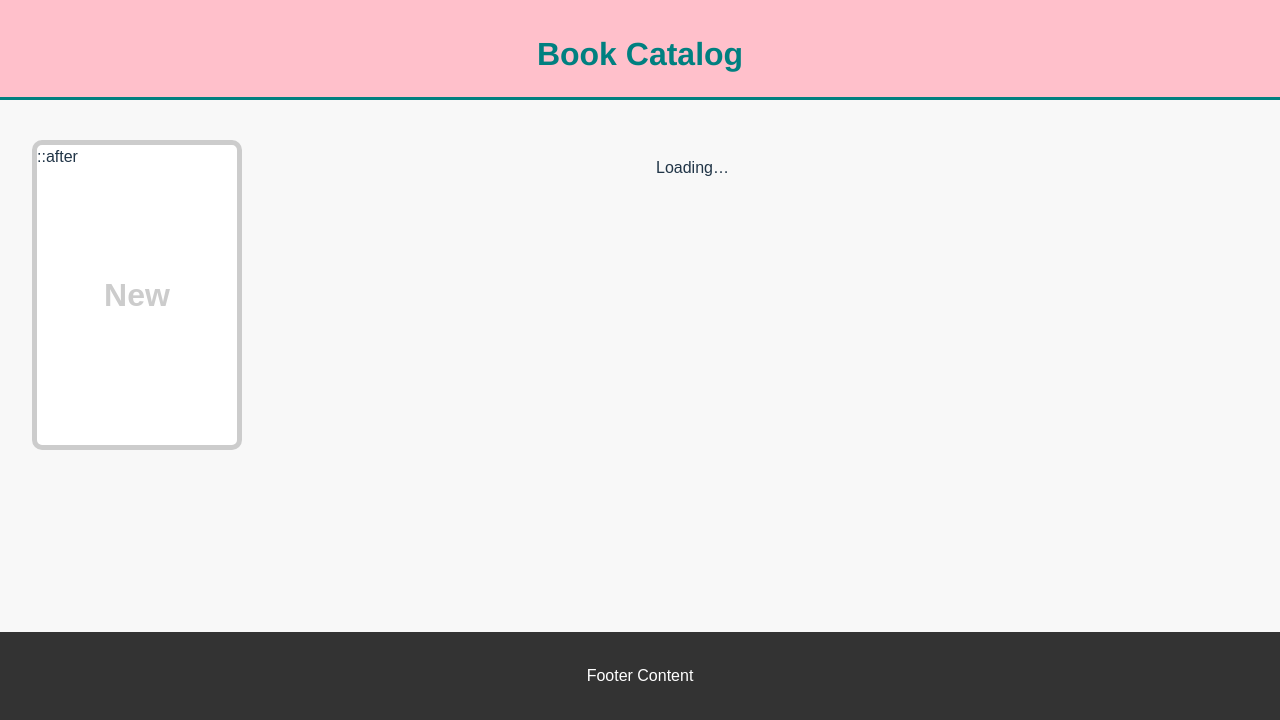
Repository: primcharlin/COMP3170_Lab_Assignment_Components
Page: /
The author's editor kept a copy of each file at every save. The page is drawn from the files as they stood at one save, then again after the next save.
The browser window is 1280 px wide. The pictures show the whole page.
The page's requests for data from a server got no answer. The project was rebuilt for these pictures with package versions that can differ from the ones it lists, and the page was loaded fresh each time. No one was signed in, and anything a server would have sent is missing. Also part of the build but not shown: vite.config.js.

Above is the page before, as saved 2025-09-12 03:30:59.

After the next save:
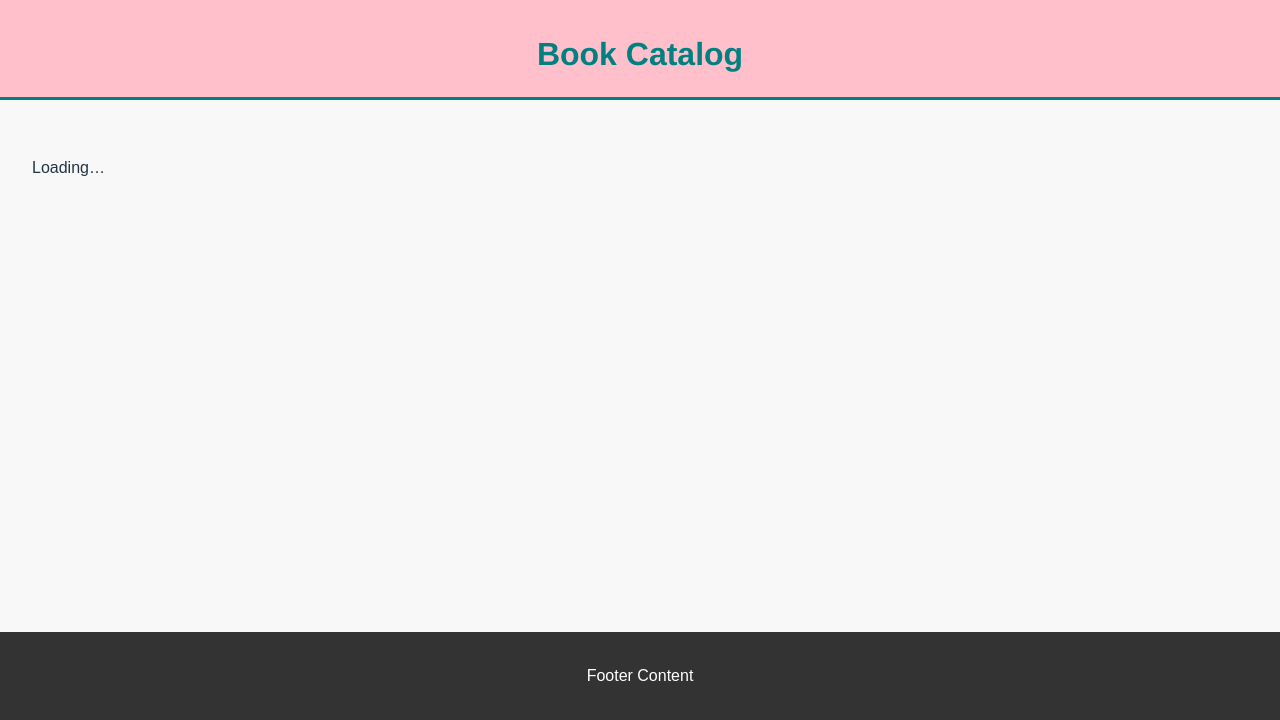
Saved 12 s later.
--- a/src/App.jsx
+++ b/src/App.jsx
@@ -56,8 +56,6 @@ export default function App() {
             </header>
 
             <div className='content'>
-                <div className='btn-plus'>::after</div>
-
                 {books.length === 0 ? (
                     <p>Loading…</p>
                 ) : (
